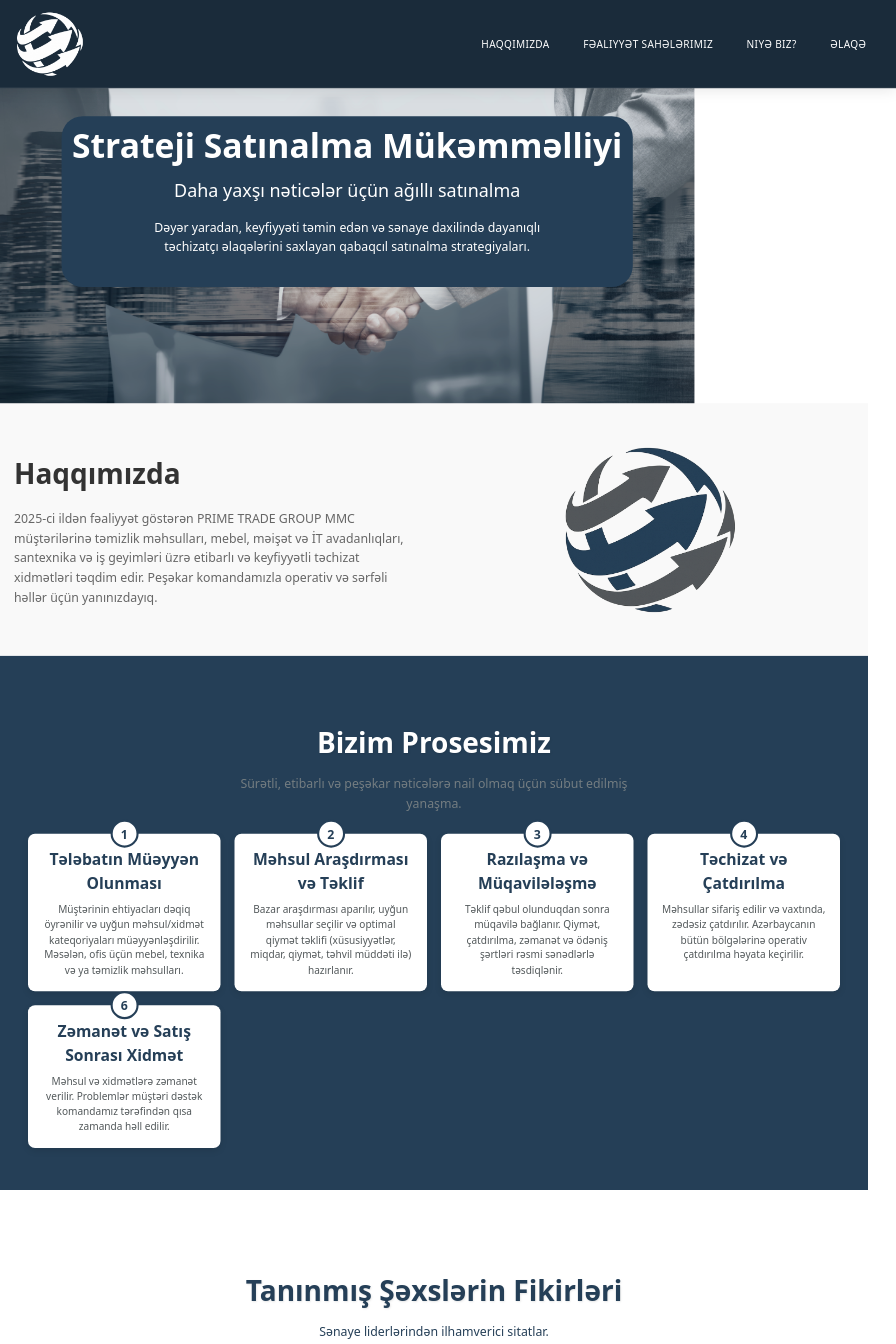
Repository: ferhadsultan98/primetradegroup
Page: /
The author's editor kept a copy of each file at every save. The page is drawn from the files as they stood at one save, then again after a run of saves.
The browser window is 1280 px wide. The pictures show the part of the page from y = 0 to 1920 px (the page is 4893 px tall), at 70% of full size.
The page's requests for data from a server got no answer. The project was rebuilt for these pictures with package versions that can differ from the ones it lists, and the page was loaded fresh each time. No one was signed in, and anything a server would have sent is missing. Also part of the build but not shown: vite.config.js, src/Components/Mainlayout/MainLayout.scss, src/Pages/About/About.scss, src/Components/SectionHeader/SectionHeader.scss, src/Components/BreadCrumb/BreadCrumb.scss, src/Components/BreadCrumb/BreadCrumb.jsx, src/Components/SectionHeader/SectionHeader.jsx, src/Pages/About/About.jsx and 21 more.

Above is the page before, as saved 2025-08-09 15:18:58.

After the next 2 saves:
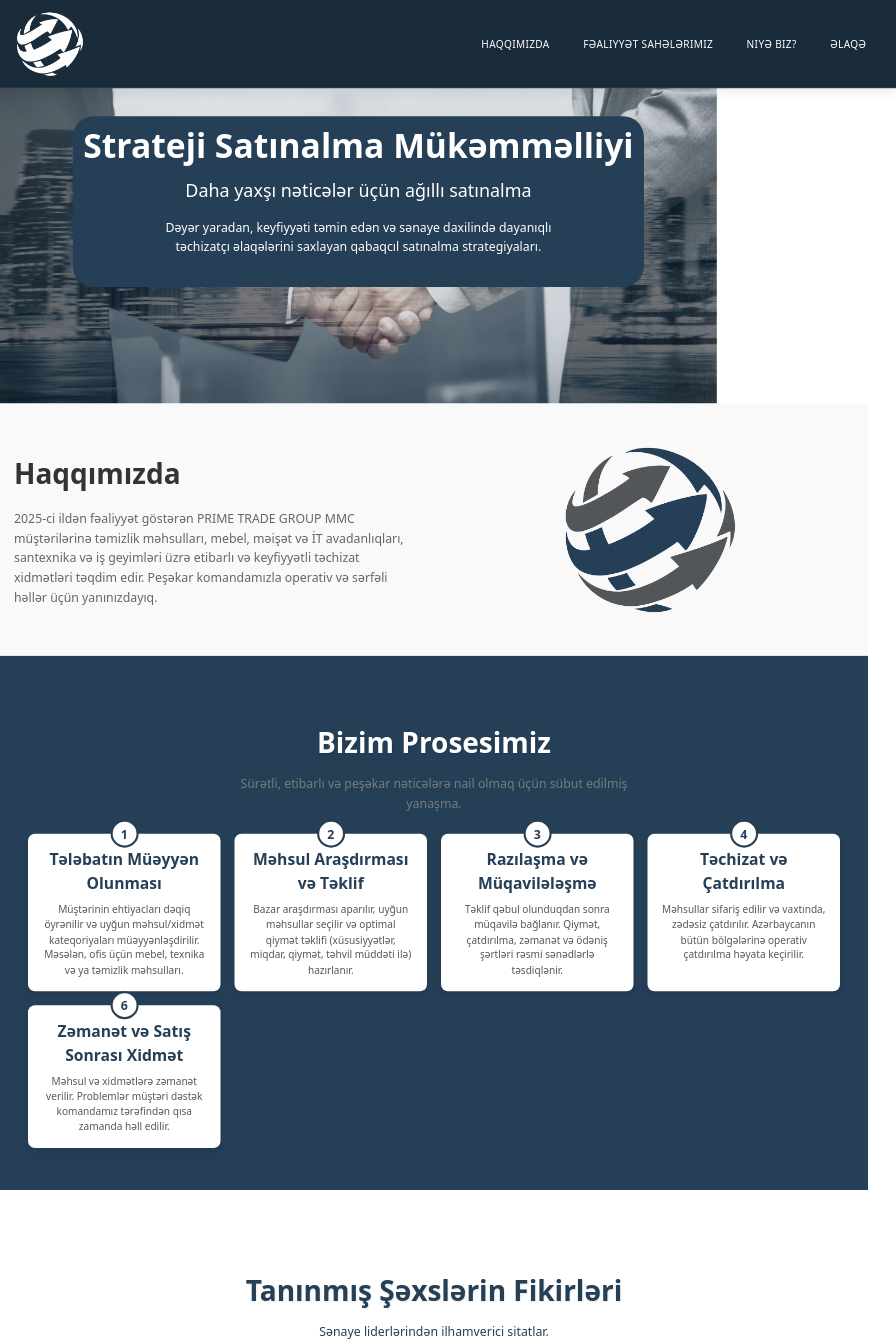
The 2 saves are shown as one change because they came seconds apart.
The last was saved 7 s later.
--- a/src/Pages/Home/HomeSection.scss
+++ b/src/Pages/Home/HomeSection.scss
@@ -28,7 +28,7 @@
 
   .sliderContainer {
     position: relative;
-    width: 80%;
+    width: 80vw;
     height: 80vh;
 
     .slideItem {
